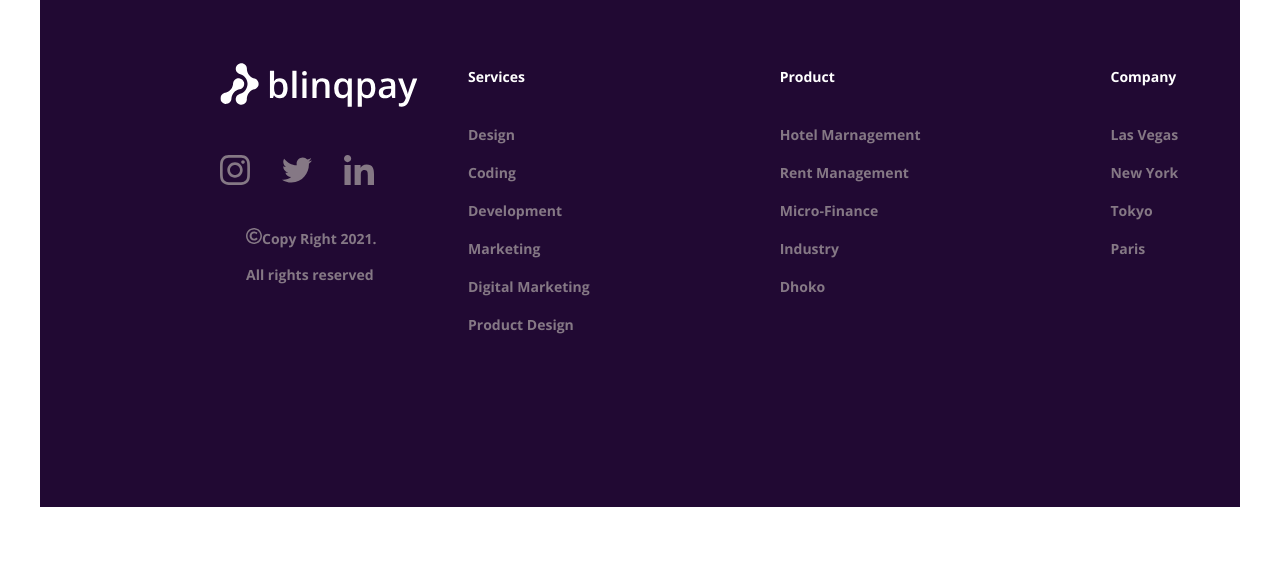
Repository: jabbarbergenoov/mobile-bling-py
Page: idnex.html
These files come from the project's save history. The page is drawn as it stood at one moment and after the next save; the edit follows.
The browser window is 1280 px wide. The pictures show the whole page.

Above is the page before, as saved 2025-04-17 19:06:40.

After the next save:
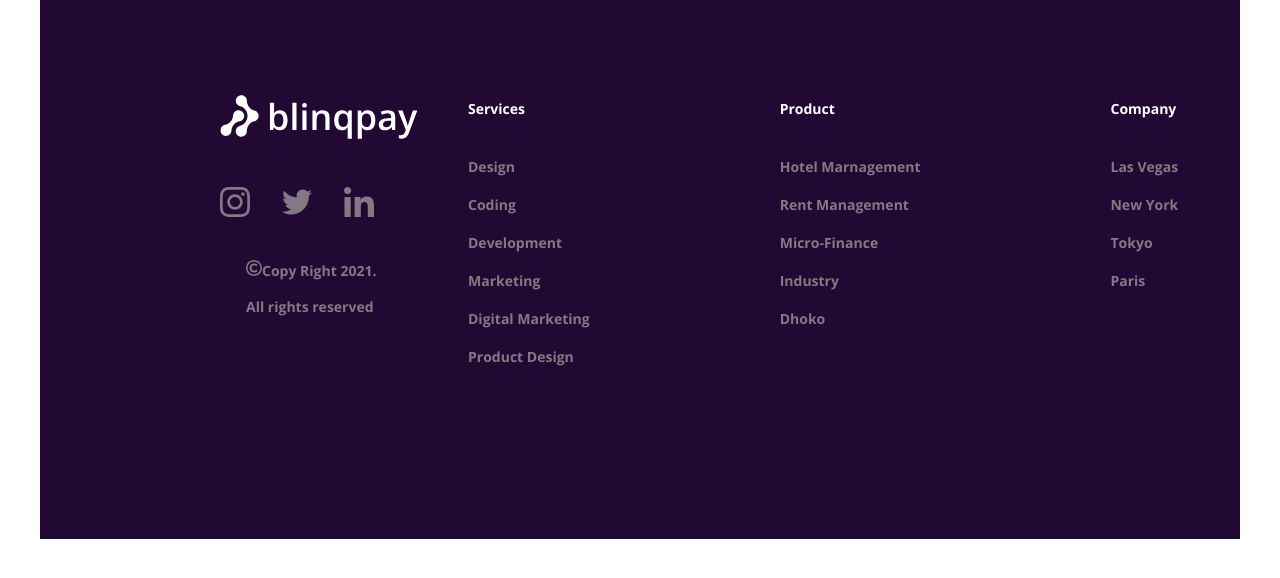
Saved 81 s later.
--- a/style/styl.css
+++ b/style/styl.css
@@ -13,7 +13,7 @@
     height: 689px;
     background: rgb(33, 9, 51);
     position: relative;
-    bottom: 182px;
+    bottom: 150px;
     display: flex;
     gap: 50px;
   }
